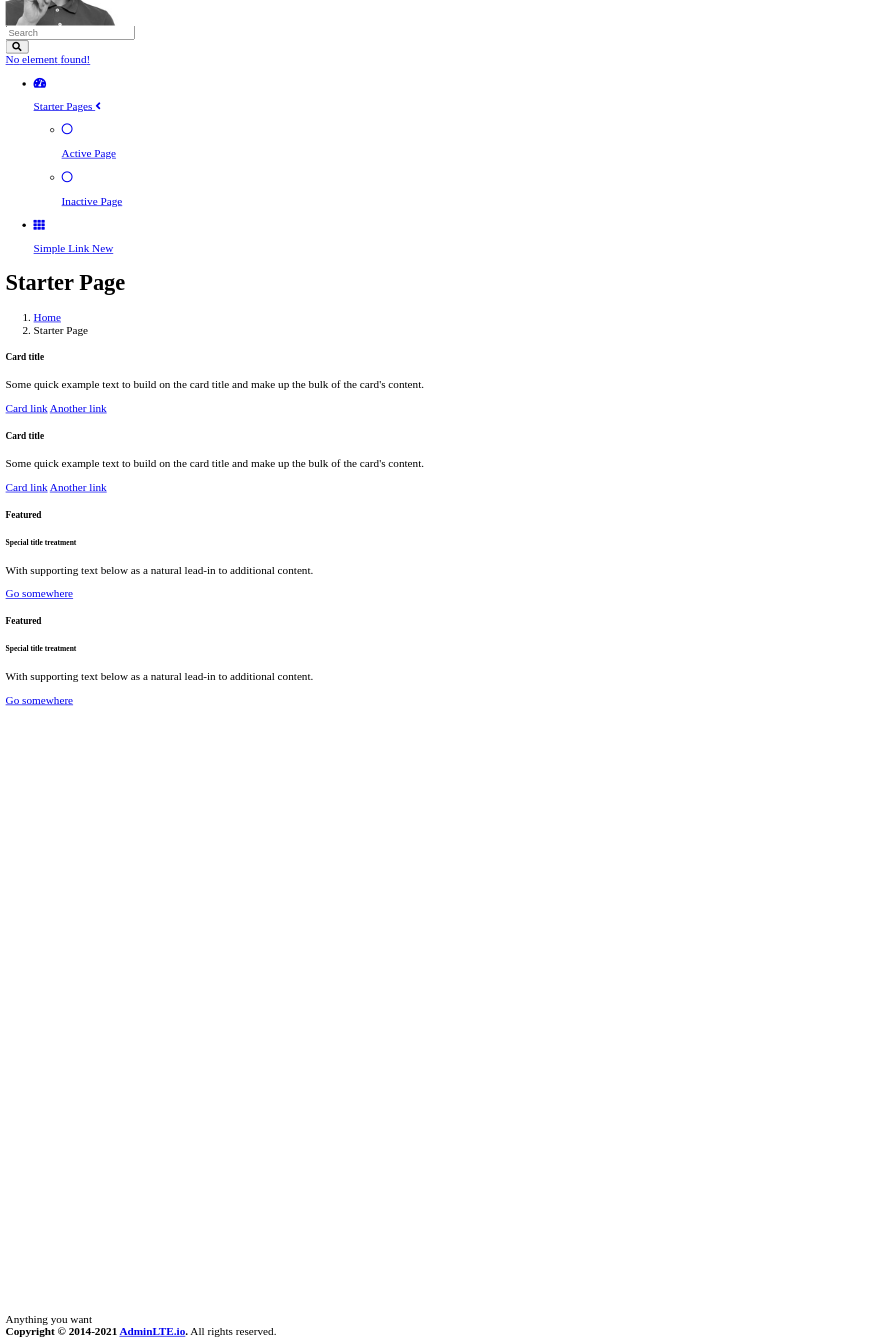
Repository: sayedelshazly/Store
Page: http://localhost/
The author's editor kept a copy of each file at every save. The page is drawn from the files as they stood at one save, then again after a run of saves.
The browser window is 1280 px wide. The pictures show the part of the page from y = 1368 to 3288 px (the page is 3288 px tall before and 3172 px after), at 70% of full size.
Some web fonts or font styles are not loaded; a fallback is used. The page is served by the project's Laravel application, run on PHP 8.4 with Laravel 10. Other server files are loaded and not shown.

Above is the page before, as saved 2024-08-07 15:34:00.

### routes/web.php
<?php

use App\Http\Controllers\Admin\DashboardController;
use Illuminate\Support\Facades\Route;

/*
|--------------------------------------------------------------------------
| Web Routes
|--------------------------------------------------------------------------
|
| Here is where you can register web routes for your application. These
| routes are loaded by the RouteServiceProvider and all of them will
| be assigned to the "web" middleware group. Make something great!
|
*/

Route::get('/', [DashboardController::class, 'index']);

// Route::any('/', [DashboardController::class, 'index']); // any [for calling any method (get, post, ...)]
// Route::match(['get', 'post'], '/user/profile', function () {}); // we choose the method

### app/Http/Controllers/Admin/DashboardController.php
<?php

namespace App\Http\Controllers\Admin;

use App\Http\Controllers\Controller;
use Illuminate\Http\Request;
use Illuminate\Support\Facades\Response;
use Illuminate\Support\Facades\View;

class DashboardController extends Controller
{
    public function index(){
        return view('dashboard.index');
        // return Response::view('dashboard');
        // return response()->view('dashboard');
        // return View::make('dashboard'); //class View with method make() return the same result for the method view()

        /* return view('dashboard', [ //how to send variable to the blade
            'user' => 'sayed',
            ]);  //send variable called sayed to the blade view

            -another way with the compact method compact() // return array of variables and there values
            $user = 'sayed';
            return view('dashboard', compact('user'));

            -another way
            return view('dashboard')->with([
            'user' => 'sayed',
            ]);

        */
    }
}

### resources/views/dashboard/index.blade.php
@extends('layouts.dashboard')
@section('content')
<div class="content-wrapper">
    <!-- Content Header (Page header) -->


    <!-- Main content -->
    <div class="content">
        <div class="container-fluid">
            <div class="row">
                <div class="col-lg-6">
                    <div class="card">
                        <div class="card-body">
                            <h5 class="card-title">Card title</h5>

                            <p class="card-text">
                                Some quick example text to build on the card title and make up the bulk of the
                                card's
                                content.
                            </p>

                            <a href="#" class="card-link">Card link</a>
                            <a href="#" class="card-link">Another link</a>
                        </div>
                    </div>

                    <div class="card card-primary card-outline">
                        <div class="card-body">
                            <h5 class="card-title">Card title</h5>

                            <p class="card-text">
                                Some quick example text to build on the card title and make up the bulk of the
                                card's
                                content.
                            </p>
                            <a href="#" class="card-link">Card link</a>
                            <a href="#" class="card-link">Another link</a>
                        </div>
                    </div><!-- /.card -->
                </div>
                <!-- /.col-md-6 -->
                <div class="col-lg-6">
                    <div class="card">
                        <div class="card-header">
                            <h5 class="m-0">Featured</h5>
                        </div>
                        <div class="card-body">
                            <h6 class="card-title">Special title treatment</h6>

                            <p class="card-text">With supporting text below as a natural lead-in to additional
                                content.</p>
                            <a href="#" class="btn btn-primary">Go somewhere</a>
                        </div>
                    </div>

                    <div class="card card-primary card-outline">
                        <div class="card-header">
                            <h5 class="m-0">Featured</h5>
                        </div>
                        <div class="card-body">
                            <h6 class="card-title">Special title treatment</h6>

                            <p class="card-text">With supporting text below as a natural lead-in to additional
                                content.</p>
                            <a href="#" class="btn btn-primary">Go somewhere</a>
                        </div>
                    </div>
                </div>
                <!-- /.col-md-6 -->
            </div>
            <!-- /.row -->
        </div><!-- /.container-fluid -->
    </div>
    <!-- /.content -->
</div>
@endsection

### resources/views/layouts/dashboard.blade.php
<!DOCTYPE html>
<!--
This is a starter template page. Use this page to start your new project from
scratch. This page gets rid of all links and provides the needed markup only.
-->
<html lang="en">

<head>
    <meta charset="utf-8">
    <meta name="viewport" content="width=device-width, initial-scale=1">
    <title>AdminLTE 3 | Starter</title>

    <!-- Google Font: Source Sans Pro -->
    <link rel="stylesheet"
        href="https://fonts.googleapis.com/css?family=Source+Sans+Pro:300,400,400i,700&display=fallback">
    <!-- Font Awesome Icons -->
    <link rel="stylesheet" href="{{asset('plugins/fontawesome-free/css/all.min.css')}}">
    <!-- Theme style -->
    <link rel="stylesheet" href="{{asset('dist/css/adminlte.min.css')}}">
</head>

<body class="hold-transition sidebar-mini">
    <div class="wrapper">

        <!-- Navbar -->
        <nav class="main-header navbar navbar-expand navbar-white navbar-light">
            <!-- Left navbar links -->
            <ul class="navbar-nav">
                <li class="nav-item">
                    <a class="nav-link" data-widget="pushmenu" href="#" role="button"><i class="fas fa-bars"></i></a>
                </li>
                <li class="nav-item d-none d-sm-inline-block">
                    <a href="index3.html" class="nav-link">Home</a>
                </li>
                <li class="nav-item d-none d-sm-inline-block">
                    <a href="#" class="nav-link">Contact</a>
                </li>
            </ul>

            <!-- Right navbar links -->
            <ul class="navbar-nav ml-auto">
                <!-- Navbar Search -->
                <li class="nav-item">
                    <a class="nav-link" data-widget="navbar-search" href="#" role="button">
                        <i class="fas fa-search"></i>
                    </a>
                    <div class="navbar-search-block">
                        <form class="form-inline">
                            <div class="input-group input-group-sm">
                                <input class="form-control form-control-navbar" type="search" placeholder="Search"
                                    aria-label="Search">
                                <div class="input-group-append">
                                    <button class="btn btn-navbar" type="submit">
                                        <i class="fas fa-search"></i>
                                    </button>
                                    <button class="btn btn-navbar" type="button" data-widget="navbar-search">
                                        <i class="fas fa-times"></i>
                                    </button>
                                </div>
                            </div>
                        </form>
                    </div>
                </li>

                <!-- Messages Dropdown Menu -->
                <li class="nav-item dropdown">
                    <a class="nav-link" data-toggle="dropdown" href="#">
                        <i class="far fa-comments"></i>
                        <span class="badge badge-danger navbar-badge">3</span>
                    </a>
                    <div class="dropdown-menu dropdown-menu-lg dropdown-menu-right">
                        <a href="#" class="dropdown-item">
                            <!-- Message Start -->
                            <div class="media">
                                <img src="{{asset('dist/img/user1-128x128.jpg')}}" alt="User Avatar"
                                    class="img-size-50 mr-3 img-circle">
                                <div class="media-body">
                                    <h3 class="dropdown-item-title">
                                        Brad Diesel
                                        <span class="float-right text-sm text-danger"><i class="fas fa-star"></i></span>
                                    </h3>
                                    <p class="text-sm">Call me whenever you can...</p>
                                    <p class="text-sm text-muted"><i class="far fa-clock mr-1"></i> 4 Hours Ago</p>
                                </div>
                            </div>
                            <!-- Message End -->
                        </a>
                        <div class="dropdown-divider"></div>
                        <a href="#" class="dropdown-item">
                            <!-- Message Start -->
                            <div class="media">
                                <img src="{{asset('dist/img/user8-128x128.jpg')}}" alt="User Avatar"
                                    class="img-size-50 img-circle mr-3">
                                <div class="media-body">
                                    <h3 class="dropdown-item-title">
                                        John Pierce
                                        <span class="float-right text-sm text-muted"><i class="fas fa-star"></i></span>
                                    </h3>
                                    <p class="text-sm">I got your message bro</p>
                                    <p class="text-sm text-muted"><i class="far fa-clock mr-1"></i> 4 Hours Ago</p>
                                </div>
                            </div>
                            <!-- Message End -->
                        </a>
                        <div class="dropdown-divider"></div>
                        <a href="#" class="dropdown-item">
                            <!-- Message Start -->
                            <div class="media">
                                <img src="dist/img/user3-128x128.jpg" alt="User Avatar"
                                    class="img-size-50 img-circle mr-3">
                                <div class="media-body">
                                    <h3 class="dropdown-item-title">
                                        Nora Silvester
                                        <span class="float-right text-sm text-warning"><i
                                                class="fas fa-star"></i></span>
                                    </h3>
                                    <p class="text-sm">The subject goes here</p>
                                    <p class="text-sm text-muted"><i class="far fa-clock mr-1"></i> 4 Hours Ago</p>
                                </div>
                            </div>
                            <!-- Message End -->
                        </a>
                        <div class="dropdown-divider"></div>
                        <a href="#" class="dropdown-item dropdown-footer">See All Messages</a>
                    </div>
                </li>
                <!-- Notifications Dropdown Menu -->
                <li class="nav-item dropdown">
                    <a class="nav-link" data-toggle="dropdown" href="#">
                        <i class="far fa-bell"></i>
                        <span class="badge badge-warning navbar-badge">15</span>
                    </a>
                    <div class="dropdown-menu dropdown-menu-lg dropdown-menu-right">
                        <span class="dropdown-header">15 Notifications</span>
                        <div class="dropdown-divider"></div>
                        <a href="#" class="dropdown-item">
                            <i class="fas fa-envelope mr-2"></i> 4 new messages
                            <span class="float-right text-muted text-sm">3 mins</span>
                        </a>
                        <div class="dropdown-divider"></div>
                        <a href="#" class="dropdown-item">
                            <i class="fas fa-users mr-2"></i> 8 friend requests
                            <span class="float-right text-muted text-sm">12 hours</span>
                        </a>
                        <div class="dropdown-divider"></div>
                        <a href="#" class="dropdown-item">
                            <i class="fas fa-file mr-2"></i> 3 new reports
                            <span class="float-right text-muted text-sm">2 days</span>
                        </a>
                        <div class="dropdown-divider"></div>
                        <a href="#" class="dropdown-item dropdown-footer">See All Notifications</a>
                    </div>
                </li>
                <li class="nav-item">
                    <a class="nav-link" data-widget="fullscreen" href="#" role="button">
                        <i class="fas fa-expand-arrows-alt"></i>
                    </a>
                </li>
                <li class="nav-item">
                    <a class="nav-link" data-widget="control-sidebar" data-slide="true" href="#" role="button">
                        <i class="fas fa-th-large"></i>
                    </a>
                </li>
            </ul>
        </nav>
        <!-- /.navbar -->

        <!-- Main Sidebar Container -->
        <aside class="main-sidebar sidebar-dark-primary elevation-4">
            <!-- Brand Logo -->
            <a href="index3.html" class="brand-link">
                <img src="dist/img/AdminLTELogo.png" alt="AdminLTE Logo" class="brand-image img-circle elevation-3"
                    style="opacity: .8">
                <span class="brand-text font-weight-light">AdminLTE 3</span>
            </a>

            <!-- Sidebar -->
            <div class="sidebar">
                <!-- Sidebar user panel (optional) -->
                <div class="user-panel mt-3 pb-3 mb-3 d-flex">
                    <div class="image">
                        <img src="dist/img/user2-160x160.jpg" class="img-circle elevation-2" alt="User Image">
                    </div>
                    <div class="info">
                        <a href="#" class="d-block"> </a>
                    </div>
                </div>

                <!-- SidebarSearch Form -->
                <div class="form-inline">
                    <div class="input-group" data-widget="sidebar-search">
                        <input class="form-control form-control-sidebar" type="search" placeholder="Search"
                            aria-label="Search">
                        <div class="input-group-append">
                            <button class="btn btn-sidebar">
                                <i class="fas fa-search fa-fw"></i>
                            </button>
                        </div>
                    </div>
                </div>

                <!-- Sidebar Menu -->
                <nav class="mt-2">
                    <ul class="nav nav-pills nav-sidebar flex-column" data-widget="treeview" role="menu"
                        data-accordion="false">
                        <!-- Add icons to the links using the .nav-icon class
               with font-awesome or any other icon font library -->
                        <li class="nav-item menu-open">
                            <a href="#" class="nav-link active">
                                <i class="nav-icon fas fa-tachometer-alt"></i>
                                <p>
                                    Starter Pages
                                    <i class="right fas fa-angle-left"></i>
                                </p>
                            </a>
                            <ul class="nav nav-treeview">
                                <li class="nav-item">
                                    <a href="#" class="nav-link active">
                                        <i class="far fa-circle nav-icon"></i>
                                        <p>Active Page</p>
                                    </a>
                                </li>
                                <li class="nav-item">
                                    <a href="#" class="nav-link">
                                        <i class="far fa-circle nav-icon"></i>
                                        <p>Inactive Page</p>
                                    </a>
                                </li>
                            </ul>
                        </li>
                        <li class="nav-item">
                            <a href="#" class="nav-link">
                                <i class="nav-icon fas fa-th"></i>
                                <p>
                                    Simple Link
                                    <span class="right badge badge-danger">New</span>
                                </p>
                            </a>
                        </li>
                    </ul>
                </nav>
                <!-- /.sidebar-menu -->
            </div>
            <!-- /.sidebar -->
        </aside>

        <!-- Content Wrapper. Contains page content -->
        <div class="content-header">
            <div class="container-fluid">
                <div class="row mb-2">
                    <div class="col-sm-6">
                        <h1 class="m-0">Starter Page</h1>
                    </div><!-- /.col -->
                    <div class="col-sm-6">
                        <ol class="breadcrumb float-sm-right">
                            <li class="breadcrumb-item"><a href="#">Home</a></li>
                            <li class="breadcrumb-item active">Starter Page</li>
                        </ol>
                    </div><!-- /.col -->
                </div><!-- /.row -->
            </div><!-- /.container-fluid -->
        </div>
        <!-- /.content-header -->
        @yield('content')
        <!-- /.content-wrapper -->

        <!-- Control Sidebar -->
        <aside class="control-sidebar control-sidebar-dark">
            <!-- Control sidebar content goes here -->
            <div class="p-3">
                <h5>Title</h5>
                <p>Sidebar content</p>
            </div>
        </aside>
        <!-- /.control-sidebar -->

        <!-- Main Footer -->
        <footer class="main-footer">
            <!-- To the right -->
            <div class="float-right d-none d-sm-inline">
                Anything you want
            </div>
            <!-- Default to the left -->
            <strong>Copyright &copy; 2014-2021 <a href="https://adminlte.io">AdminLTE.io</a>.</strong> All rights
            reserved.
        </footer>
    </div>
    <!-- ./wrapper -->

    <!-- REQUIRED SCRIPTS -->

    <!-- jQuery -->
    <script src="{{asset('plugins/jquery/jquery.min.js')}}"></script>
    <!-- Bootstrap 4 -->
    <script src="{{asset('plugins/bootstrap/js/bootstrap.bundle.min.js')}}"></script>
    <!-- AdminLTE App -->
    <script src="{{asset('dist/js/adminlte.min.js')}}"></script>
</body>

</html>

Loaded but not shown: app/Providers/AppServiceProvider.php (common file); app/Http/Controllers/Controller.php (common file); public/plugins/fontawesome-free/css/all.min.css (library); public/plugins/jquery/jquery.min.js (library); public/plugins/bootstrap/js/bootstrap.bundle.min.js (library); public/dist/js/adminlte.min.js (library)

After the next 4 saves:
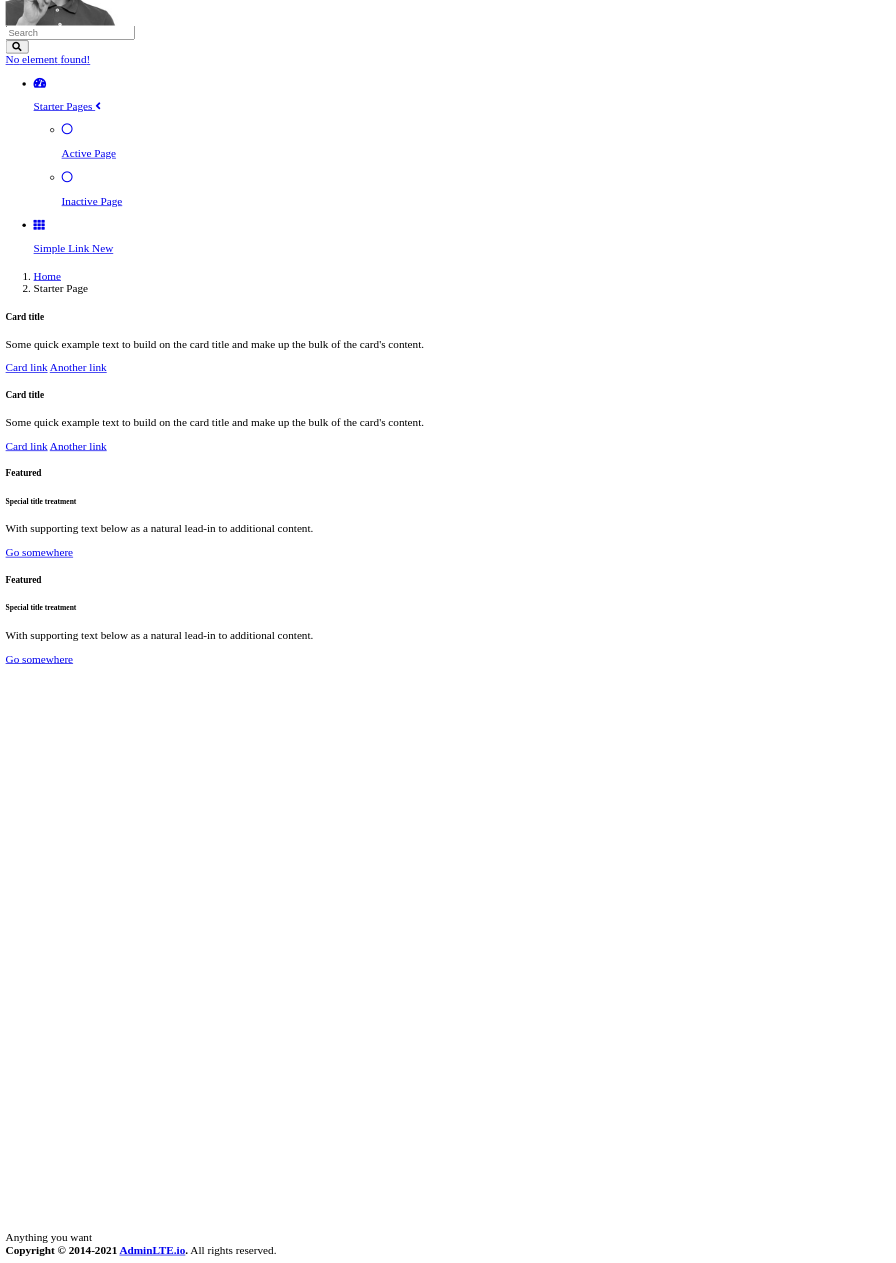
The 4 saves are shown as one change because they came seconds apart.
The last was saved 14 s later.
--- a/resources/views/layouts/dashboard.blade.php
+++ b/resources/views/layouts/dashboard.blade.php
@@ -249,7 +249,7 @@
             <div class="container-fluid">
                 <div class="row mb-2">
                     <div class="col-sm-6">
-                        <h1 class="m-0">Starter Page</h1>
+                        <h1 class="m-0">@yield('title')</h1>
                     </div><!-- /.col -->
                     <div class="col-sm-6">
                         <ol class="breadcrumb float-sm-right">
